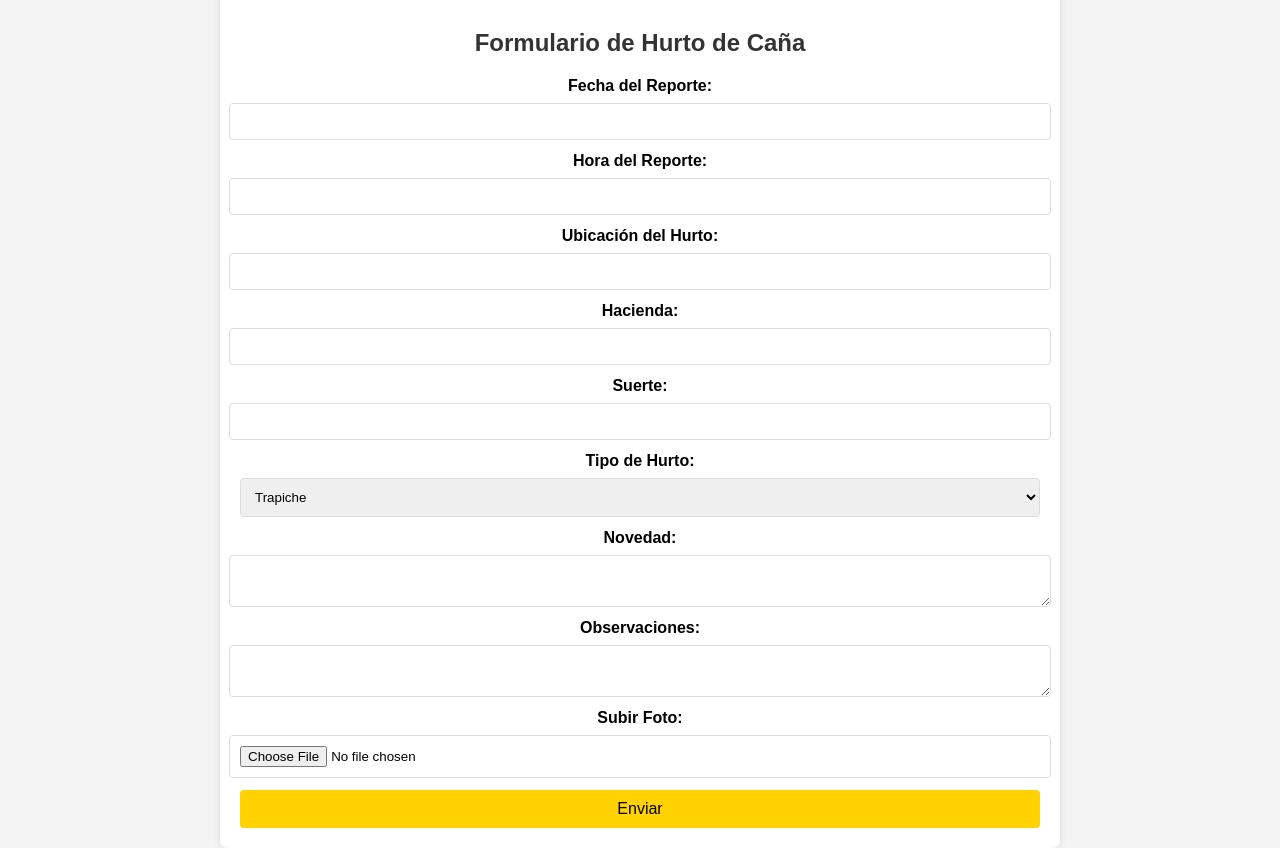
Repository: tayuanlogua/prototipo-de-control-de-accesos
Page: Patrullas/src/hurtocaña.html
An editor plug-in stored every save of this project. The page is shown before and after the next save, followed by the edit.
The browser window is 1280 px wide. The pictures show the whole page.

Above is the page before, as saved 2024-08-15 09:52:03.

### Patrullas/src/hurtocaña.html
<!DOCTYPE html>
<html lang="es">
  <head>
    <meta charset="UTF-8" />
    <meta name="viewport" content="width=device-width, initial-scale=1.0" />
    <title>Formulario de Hurto de Caña</title>
    <link rel="stylesheet" href="styles.css" />
  </head>
  <body>
    <div class="form-container">
      <h1>Formulario de Hurto de Caña</h1>
      <form id="hurtoForm">
        <label for="fecha">Fecha del Reporte:</label>
        <input type="text" id="fecha" name="fecha" readonly />

        <label for="hora">Hora del Reporte:</label>
        <input type="text" id="hora" name="hora" readonly />

        <label for="ubicacion">Ubicación del Hurto:</label>
        <input type="text" id="ubicacion" name="ubicacion" required />

        <label for="hacienda">Hacienda:</label>
        <input type="text" id="hacienda" name="hacienda" required />

        <label for="suerte">Suerte:</label>
        <input type="text" id="suerte" name="suerte" required />

        <label for="tipoHurto">Tipo de Hurto:</label>
        <select id="tipoHurto" name="tipoHurto" required>
          <option value="trapiche">Trapiche</option>
          <option value="cuido">Cuido</option>
          <option value="semilla">Semilla</option>
        </select>

        <label for="novedad">Novedad:</label>
        <textarea id="novedad" name="novedad"></textarea>

        <label for="observaciones">Observaciones:</label>
        <textarea id="observaciones" name="observaciones"></textarea>

        <label for="foto">Subir Foto:</label>
        <input type="file" id="foto" name="foto" accept="image/*" />

        <button type="submit">Enviar</button>
      </form>
    </div>

    <script src="script.js"></script>
  </body>
</html>

### Patrullas/src/styles.css
/* Estilos generales para el body */
body {
  font-family: Arial, sans-serif;
  display: flex;
  flex-direction: column; /* Colocar header y contenedor en columna */
  justify-content: center;
  align-items: center;
  height: 100vh;
  margin: 0;
  background-color: #f4f4f4; /* Fondo general de la página */
}

/* Estilos para el header */
.header {
  background-color: #ffd200; /* Fondo amarillo para el header */
  padding: 20px 0; /* Padding para centrar el logo verticalmente */
  border-bottom: 2px solid #ccc;
  width: 100%; /* Asegura que el header ocupe todo el ancho */
  text-align: center; /* Centrar el contenido del header */
  position: fixed; /* Fija el header en la parte superior */
  top: 0;
  left: 0;
  z-index: 1000; /* Asegura que el header esté por encima del contenido */
}

.logo {
  max-width: 150px; /* Tamaño máximo del logo */
  height: auto;
}

/* Estilos para el contenedor del formulario */
.form-container {
  width: 80%;
  max-width: 800px; /* Ancho máximo del contenedor del formulario */
  padding: 20px;
  background-color: #fff; /* Fondo blanco del contenedor */
  border-radius: 8px;
  box-shadow: 0 0 10px rgba(0, 0, 0, 0.1);
  text-align: center; /* Centrar el contenido dentro del contenedor */
  margin-top: 120px; /* Ajuste del margen superior para evitar el header fijo y bajar el formulario */
}

/* Estilos para el título del formulario */
h1 {
  margin-bottom: 20px;
  color: #333; /* Color negro para el título */
  font-size: 24px; /* Tamaño de fuente para el título */
}

/* Estilos para el formulario */
form {
  display: flex;
  flex-direction: column;
  align-items: center; /* Centrar el formulario horizontalmente */
}

/* Estilos para los grupos de formulario */
.form-group {
  width: 100%;
  max-width: 600px; /* Ancho máximo de cada grupo de formulario */
  margin-bottom: 20px; /* Espacio debajo de cada grupo de formulario */
}

/* Ajustes específicos para Hacienda y Suerte en Consigna */
.form-group.hacienda,
.form-group.suerte {
  margin-top: 30px; /* Ajusta el margen superior según sea necesario */
}

label {
  display: block;
  margin-bottom: 8px;
  font-weight: bold;
  color: #000; /* Color negro para las etiquetas */
}

input[type="text"],
input[type="date"],
input[type="number"],
textarea,
select,
input[type="file"] {
  width: 100%;
  padding: 10px;
  margin-bottom: 12px;
  border: 1px solid #ddd;
  border-radius: 4px;
}

textarea {
  resize: vertical;
}

/* Estilos para los botones de opción (radio) */
.radio-group {
  display: flex;
  justify-content: space-between; /* Alinea los botones de opción a los lados */
  width: 100%; /* Asegura que los botones se alineen correctamente */
  max-width: 600px; /* Asegura que la radio-group no se expanda demasiado */
  margin-bottom: 20px; /* Espacio debajo del grupo de radio */
}

button {
  width: 100%;
  padding: 10px 15px;
  background-color: #ffd200; /* Color amarillo */
  color: #000; /* Texto en negro para el botón */
  border: none;
  border-radius: 4px;
  cursor: pointer;
  font-size: 16px;
}

button:hover {
  background-color: #f9c700; /* Amarillo más oscuro para el hover */
}

Loaded but not shown: Patrullas/src/script.js (no stored copy; drawn as an empty file)

After the next save:
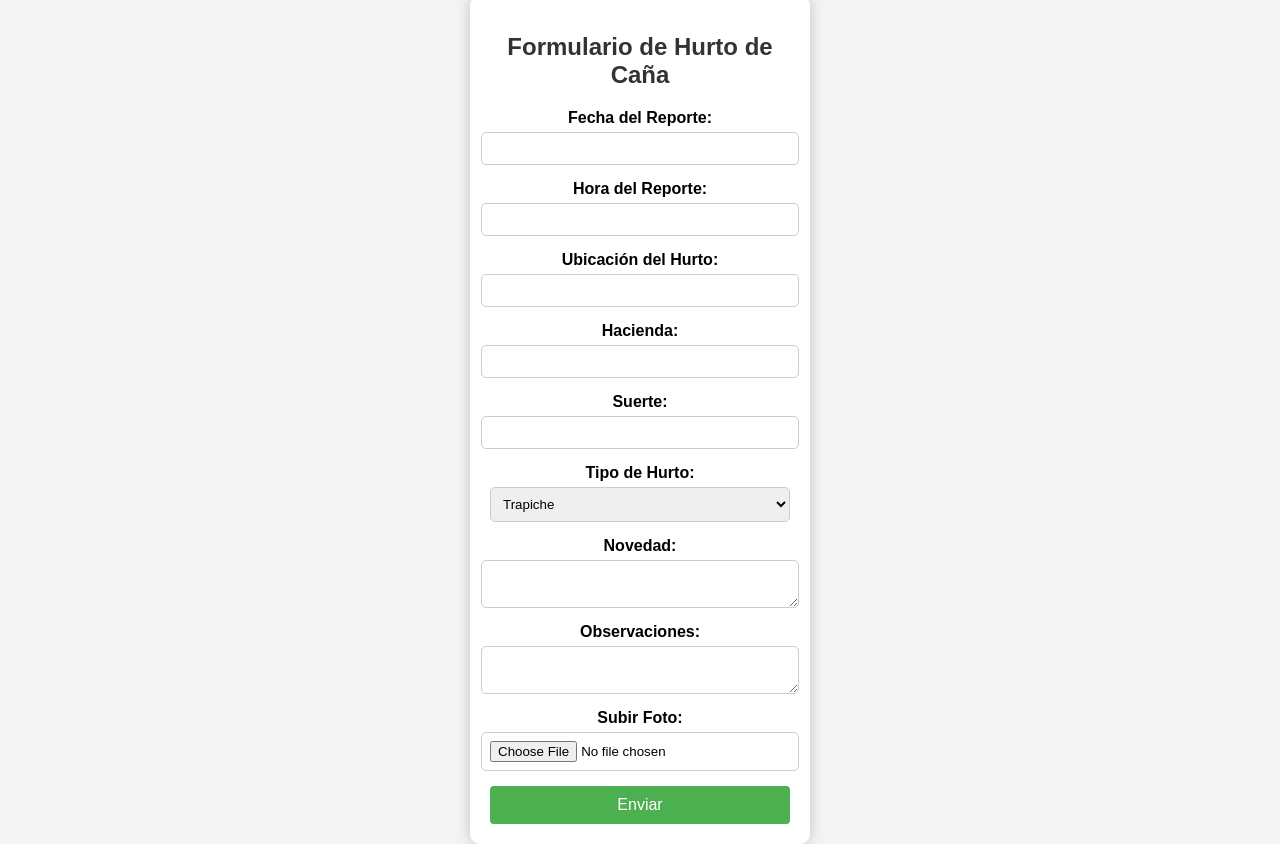
Saved 2 min 2 s later.
--- a/Patrullas/src/styles.css
+++ b/Patrullas/src/styles.css
@@ -114,3 +114,38 @@ button {
 button:hover {
   background-color: #f9c700; /* Amarillo más oscuro para el hover */
 }
+
+/* Estilos adicionales */
+.form-container {
+  background-color: white;
+  padding: 20px;
+  border-radius: 10px;
+  box-shadow: 0 0 15px rgba(0, 0, 0, 0.2);
+  width: 300px;
+}
+
+label {
+  display: block;
+  margin-bottom: 5px;
+  font-weight: bold;
+}
+
+input[type="text"],
+select,
+textarea,
+input[type="file"] {
+  width: 100%;
+  padding: 8px;
+  margin-bottom: 15px;
+  border: 1px solid #ccc;
+  border-radius: 5px;
+}
+
+button {
+  background-color: #4caf50;
+  color: white;
+}
+
+button:hover {
+  background-color: #45a049;
+}
